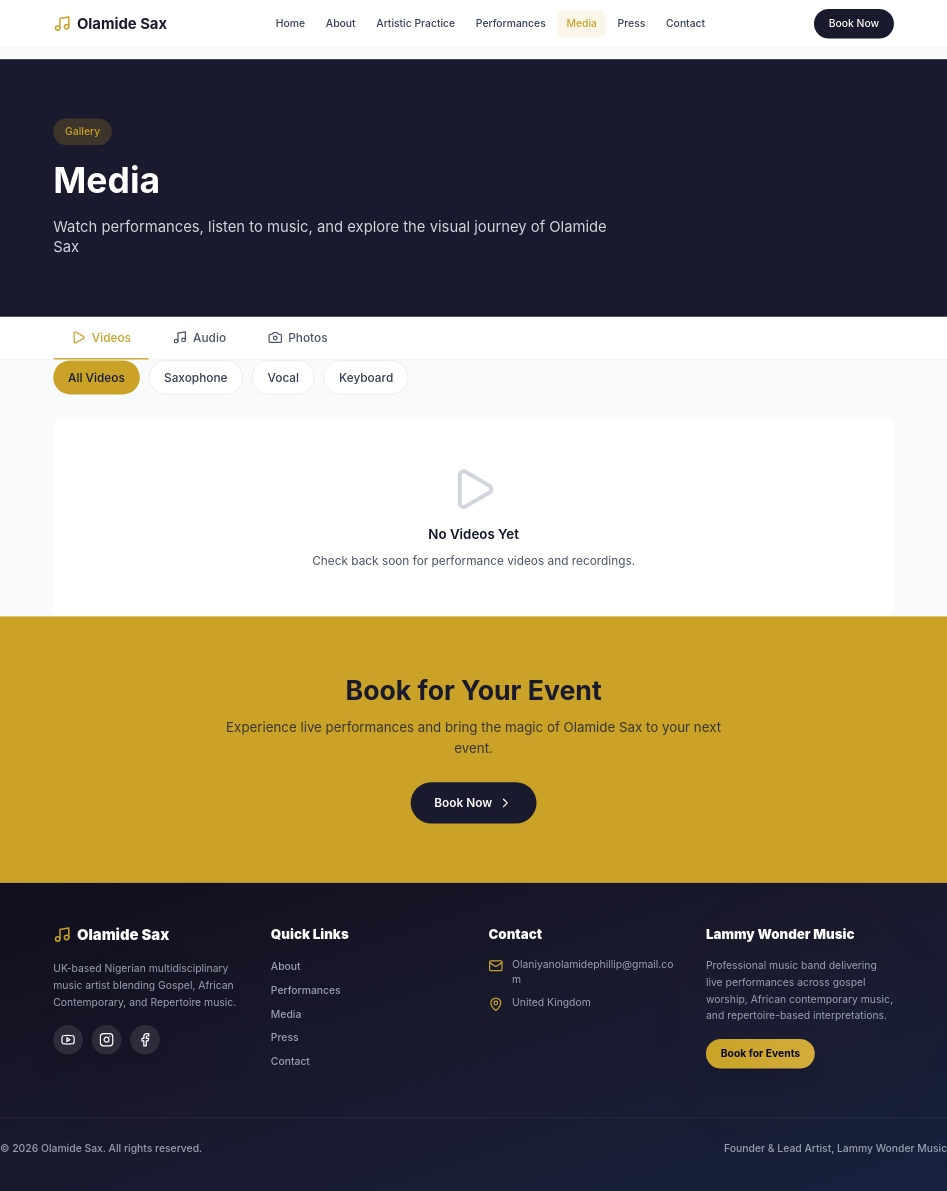
Repository: TheJazzDev/olamide-sax
Page: /media
An editor plug-in stored every save of this project. The page is shown before and after a run of saves, followed by the edit.
The browser window is 1280 px wide. The pictures show the whole page, at 74% of full size.
The page's requests for data from a server got no answer. The project was rebuilt for these pictures with package versions that can differ from the ones it lists, and the page was loaded fresh each time. Some packages were replaced by stand-ins written for this rebuild. The framework's server and built-in components were replaced by stand-ins that run in the browser. No one was signed in, and anything a server would have sent is missing. Also part of the build but not shown: next.config.ts.

Above is the page before, as saved 2026-01-17 17:23:59.

### app/layout.tsx
import type { Metadata } from 'next';
import './globals.css';

export const metadata: Metadata = {
  title: 'Olamide Sax | Vocalist • Saxophonist • Keyboardist',
  description:
    'UK-based Nigerian multidisciplinary music artist blending Gospel, African Contemporary, and Repertoire music through live performance, worship, and community-focused cultural events. Founder & Lead Artist of Lammy Wonder Music.',
  keywords: [
    'Olamide Sax',
    'Saxophonist',
    'Vocalist',
    'Keyboardist',
    'Nigerian Artist',
    'UK Musician',
    'Gospel Music',
    'African Contemporary',
    'Lammy Wonder Music',
    'Live Performance',
    'Worship Music',
  ],
  authors: [{ name: 'Olamide Sax' }],
  openGraph: {
    title: 'Olamide Sax | Vocalist • Saxophonist • Keyboardist',
    description:
      'UK-based Nigerian multidisciplinary music artist blending Gospel, African Contemporary, and Repertoire music.',
    type: 'website',
    locale: 'en_GB',
  },
  twitter: {
    card: 'summary_large_image',
    title: 'Olamide Sax | Vocalist • Saxophonist • Keyboardist',
    description:
      'UK-based Nigerian multidisciplinary music artist blending Gospel, African Contemporary, and Repertoire music.',
  },
};

export default function RootLayout({
  children,
}: Readonly<{
  children: React.ReactNode;
}>) {
  return (
    <html lang='en'>
      <head>
        <link
          rel='apple-touch-icon'
          sizes='180x180'
          href='/apple-touch-icon.png'
        />
        <link
          rel='icon'
          type='image/png'
          sizes='32x32'
          href='/favicon-32x32.png'
        />
        <link
          rel='icon'
          type='image/png'
          sizes='16x16'
          href='/favicon-16x16.png'
        />
        <link rel='manifest' href='/site.webmanifest' />
      </head>
      <body className='antialiased'>{children}</body>
    </html>
  );
}

### app/(site)/layout.tsx
import Navigation from "@/components/Navigation";
import Footer from "@/components/Footer";

export default function SiteLayout({
  children,
}: {
  children: React.ReactNode;
}) {
  return (
    <>
      <Navigation />
      <main className="pt-16 md:pt-20">
        {children}
      </main>
      <Footer />
    </>
  );
}

### app/(site)/media/page.tsx
'use client';

import { useState, useEffect } from 'react';
import { useSearchParams } from 'next/navigation';
import Image from 'next/image';
import Link from 'next/link';
import { Play, Music, Camera, ChevronRight, ExternalLink, Disc } from 'lucide-react';

interface VideoItem {
  id: string;
  title: string;
  url: string;
  platform: string;
  description?: string;
  category?: string | null;
  featured: boolean;
  displayOrder: number;
}

interface MusicItem {
  id: string;
  title: string;
  platform: string;
  url: string;
  releaseYear: string;
}

interface PhotoItem {
  id: string;
  title: string;
  url: string;
  category: string;
  alt: string;
}

type TabType = 'videos' | 'audio' | 'photos';
type VideoCategory = 'all' | 'SAXOPHONE' | 'VOCAL' | 'KEYBOARD';

export default function MediaPage() {
  const searchParams = useSearchParams();
  const [activeTab, setActiveTab] = useState<TabType>('videos');
  const [videoCategory, setVideoCategory] = useState<VideoCategory>('all');
  const [videos, setVideos] = useState<VideoItem[]>([]);
  const [music, setMusic] = useState<MusicItem[]>([]);
  const [photos, setPhotos] = useState<PhotoItem[]>([]);
  const [loading, setLoading] = useState(true);

  useEffect(() => {
    fetchData();

    // Check for category parameter in URL
    const category = searchParams.get('category');
    if (category && (category === 'SAXOPHONE' || category === 'VOCAL' || category === 'KEYBOARD')) {
      setActiveTab('videos');
      setVideoCategory(category as VideoCategory);
    }
  }, [searchParams]);

  const fetchData = async () => {
    try {
      const [videosRes, musicRes, photosRes] = await Promise.all([
        fetch('/api/videos'),
        fetch('/api/music'),
        fetch('/api/photos'),
      ]);

      const videosData = await videosRes.json();
      const musicData = await musicRes.json();
      const photosData = await photosRes.json();

      setVideos(videosData);
      setMusic(musicData);
      setPhotos(photosData);
    } catch (error) {
      console.error('Error fetching media:', error);
    } finally {
      setLoading(false);
    }
  };

  const videoCategories = [
    { id: 'all' as VideoCategory, label: 'All Videos' },
    { id: 'SAXOPHONE' as VideoCategory, label: 'Saxophone' },
    { id: 'VOCAL' as VideoCategory, label: 'Vocal' },
    { id: 'KEYBOARD' as VideoCategory, label: 'Keyboard' },
  ];

  const filteredVideos = videoCategory === 'all'
    ? videos
    : videos.filter(video => video.category === videoCategory);

  const tabs = [
    { id: 'videos' as TabType, label: 'Videos', icon: Play, count: videos.length },
    { id: 'audio' as TabType, label: 'Audio', icon: Music, count: music.length },
    { id: 'photos' as TabType, label: 'Photos', icon: Camera, count: photos.length },
  ];

  return (
    <>
      {/* Hero Section */}
      <section className="relative py-8 sm:py-10 md:py-14 lg:py-20 bg-[#1a1a2e] text-white">
        <div className="container-custom">
          <div className="max-w-3xl">
            <span className="inline-block px-3 py-1.5 sm:px-4 sm:py-2 bg-[#c9a227]/20 text-[#c9a227] text-xs sm:text-sm font-medium rounded-full mb-4 sm:mb-6">
              Gallery
            </span>
            <h1 className="text-3xl sm:text-4xl md:text-5xl font-bold mb-3 sm:mb-4 md:mb-6">
              Media
            </h1>
            <p className="text-base sm:text-lg md:text-xl text-gray-300">
              Watch performances, listen to music, and explore the visual journey of Olamide Sax
            </p>
          </div>
        </div>
      </section>

      {/* Tabs */}
      <section className="bg-white border-b border-gray-200 sticky top-16 md:top-20 z-10">
        <div className="container-custom">
          <div className="flex gap-1 sm:gap-2 overflow-x-auto scrollbar-hide">
            {tabs.map((tab) => {
              const Icon = tab.icon;
              return (
                <button
                  key={tab.id}
                  onClick={() => setActiveTab(tab.id)}
                  className={`flex items-center gap-2 px-4 sm:px-6 py-3 sm:py-4 font-medium text-sm sm:text-base whitespace-nowrap transition-colors border-b-2 ${
                    activeTab === tab.id
                      ? 'border-[#c9a227] text-[#c9a227]'
                      : 'border-transparent text-gray-600 hover:text-gray-900'
                  }`}
                >
                  <Icon className="w-4 h-4 sm:w-5 sm:h-5" />
                  {tab.label}
                  {tab.count > 0 && (
                    <span className="ml-1 sm:ml-2 px-2 py-0.5 bg-gray-100 text-gray-600 text-xs rounded-full">
                      {tab.count}
                    </span>
                  )}
                </button>
              );
            })}
          </div>
        </div>
      </section>

      {/* Content */}
      <section className="section-paddin bg-gray-50">
        <div className="container-custom">
          {loading ? (
            <div className="flex items-center justify-center py-20">
              <div className="text-center">
                <div className="w-12 h-12 sm:w-16 sm:h-16 border-4 border-[#c9a227] border-t-transparent rounded-full animate-spin mx-auto mb-4"></div>
                <p className="text-gray-600">Loading media...</p>
              </div>
            </div>
          ) : (
            <>
              {/* Videos Tab */}
              {activeTab === 'videos' && (
                <div>
                  {/* Category Filters */}
                  <div className="mb-6 sm:mb-8">
                    <div className="flex flex-wrap gap-2 sm:gap-3">
                      {videoCategories.map((cat) => (
                        <button
                          key={cat.id}
                          onClick={() => setVideoCategory(cat.id)}
                          className={`px-4 py-2 sm:px-5 sm:py-2.5 text-sm sm:text-base font-medium rounded-full transition-colors ${
                            videoCategory === cat.id
                              ? 'bg-[#c9a227] text-[#1a1a2e]'
                              : 'bg-white text-gray-700 hover:bg-gray-100 border border-gray-200'
                          }`}
                        >
                          {cat.label}
                        </button>
                      ))}
                    </div>
                  </div>

                  {videos.length > 0 ? (
                    filteredVideos.length > 0 ? (
                      <div className="grid sm:grid-cols-2 lg:grid-cols-3 gap-4 sm:gap-6">
                        {filteredVideos.map((video) => (
                        <div key={video.id} className="bg-white rounded-xl overflow-hidden shadow-sm hover:shadow-md transition-shadow">
                          <div className="relative aspect-video bg-gray-200">
                            <div className="absolute inset-0 flex items-center justify-center bg-[#1a1a2e]/90">
                              <div className="text-center text-white p-4">
                                <Play className="w-10 h-10 sm:w-12 sm:h-12 mx-auto mb-2 text-[#c9a227]" />
                                <p className="text-xs sm:text-sm">Available on {video.platform}</p>
                              </div>
                            </div>
                          </div>
                          <div className="p-4">
                            <div className="flex items-center gap-2 mb-1">
                              <span className="text-xs font-medium text-[#c9a227] uppercase tracking-wide">
                                {video.platform}
                              </span>
                              {video.category && (
                                <>
                                  <span className="text-gray-300">•</span>
                                  <span className="text-xs font-medium text-gray-600">
                                    {video.category === 'SAXOPHONE' && 'Saxophone'}
                                    {video.category === 'VOCAL' && 'Vocal'}
                                    {video.category === 'KEYBOARD' && 'Keyboard'}
                                  </span>
                                </>
                              )}
                            </div>
                            <h3 className="font-bold text-gray-900 mt-1 mb-2 text-sm sm:text-base">{video.title}</h3>
                            {video.description && (
                              <p className="text-xs sm:text-sm text-gray-600 mb-3 line-clamp-2">{video.description}</p>
                            )}
                            <a
                              href={video.url}
                              target="_blank"
                              rel="noopener noreferrer"
                              className="inline-flex items-center gap-2 text-xs sm:text-sm font-medium text-[#c9a227] hover:underline"
                            >
                              Watch Now
                              <ExternalLink className="w-3 h-3 sm:w-4 sm:h-4" />
                            </a>
                          </div>
                        </div>
                      ))}
                    </div>
                    ) : (
                      <div className="bg-white p-12 sm:p-16 rounded-xl text-center">
                        <Play className="w-12 h-12 sm:w-16 sm:h-16 text-gray-300 mx-auto mb-4" />
                        <h3 className="font-semibold text-gray-900 mb-2 text-base sm:text-lg">
                          No {videoCategory !== 'all' ? videoCategories.find(c => c.id === videoCategory)?.label : ''} Videos
                        </h3>
                        <p className="text-gray-600 text-sm sm:text-base">
                          {videoCategory !== 'all'
                            ? 'No videos found in this category. Try selecting a different category.'
                            : 'Check back soon for performance videos and recordings.'}
                        </p>
                      </div>
                    )
                  ) : (
                    <div className="bg-white p-12 sm:p-16 rounded-xl text-center">
                      <Play className="w-12 h-12 sm:w-16 sm:h-16 text-gray-300 mx-auto mb-4" />
                      <h3 className="font-semibold text-gray-900 mb-2 text-base sm:text-lg">No Videos Yet</h3>
                      <p className="text-gray-600 text-sm sm:text-base">Check back soon for performance videos and recordings.</p>
                    </div>
                  )}
                </div>
              )}

              {/* Audio Tab */}
              {activeTab === 'audio' && (
                <div>
                  {music.length > 0 ? (
                    <div className="space-y-4">
                      {music.map((release) => (
                        <div
                          key={release.id}
                          className="bg-white p-4 sm:p-6 rounded-xl shadow-sm hover:shadow-md transition-shadow"
                        >
                          <div className="flex flex-col sm:flex-row items-start sm:items-center gap-4">
                            <div className="w-16 h-16 sm:w-20 sm:h-20 bg-[#1a1a2e] rounded-lg flex items-center justify-center shrink-0">
                              <Disc className="w-8 h-8 sm:w-10 sm:h-10 text-[#c9a227]" />
                            </div>
                            <div className="flex-1 min-w-0">
                              <h3 className="font-bold text-gray-900 text-base sm:text-lg">{release.title}</h3>
                              <div className="flex items-center gap-2 mt-1">
                                <span className="text-xs sm:text-sm font-medium text-[#c9a227]">{release.platform}</span>
                                <span className="text-gray-400">•</span>
                                <span className="text-xs sm:text-sm text-gray-500">{release.releaseYear}</span>
                              </div>
                            </div>
                            <a
                              href={release.url}
                              target="_blank"
                              rel="noopener noreferrer"
                              className="inline-flex items-center gap-2 px-4 sm:px-5 py-2 sm:py-2.5 bg-[#c9a227] text-[#1a1a2e] text-sm font-semibold rounded-full hover:bg-[#e8d48b] transition-colors shrink-0"
                            >
                              <Play className="w-4 h-4" />
                              Listen
                            </a>
                          </div>
                        </div>
                      ))}
                    </div>
                  ) : (
                    <div className="bg-white p-12 sm:p-16 rounded-xl text-center">
                      <Music className="w-12 h-12 sm:w-16 sm:h-16 text-gray-300 mx-auto mb-4" />
                      <h3 className="font-semibold text-gray-900 mb-2 text-base sm:text-lg">No Music Releases Yet</h3>
                      <p className="text-gray-600 text-sm sm:text-base">Check back soon for music releases and streaming links.</p>
                    </div>
                  )}
                </div>
              )}

              {/* Photos Tab */}
              {activeTab === 'photos' && (
                <div>
                  {photos.length > 0 ? (
                    <div className="grid grid-cols-2 sm:grid-cols-2 lg:grid-cols-3 gap-3 sm:gap-4 md:gap-6">
                      {photos.map((photo) => (
                        <div key={photo.id} className="bg-white rounded-xl overflow-hidden shadow-sm hover:shadow-md transition-shadow group">
                          <div className="relative aspect-square bg-gray-200">
                            <Image
                              src={photo.url}
                              alt={photo.alt}
                              fill
                              className="object-cover group-hover:scale-105 transition-transform duration-300"
                            />
                          </div>
                          <div className="p-3 sm:p-4">
                            <span className="text-xs font-medium text-[#c9a227] uppercase tracking-wide">
                              {photo.category}
                            </span>
                            <h3 className="font-semibold text-gray-900 mt-1 text-sm sm:text-base">{photo.title}</h3>
                          </div>
                        </div>
                      ))}
                    </div>
                  ) : (
                    <div className="bg-white p-12 sm:p-16 rounded-xl text-center">
                      <Camera className="w-12 h-12 sm:w-16 sm:h-16 text-gray-300 mx-auto mb-4" />
                      <h3 className="font-semibold text-gray-900 mb-2 text-base sm:text-lg">No Photos Yet</h3>
                      <p className="text-gray-600 text-sm sm:text-base">Check back soon for performance and event photos.</p>
                    </div>
                  )}
                </div>
              )}
            </>
          )}
        </div>
      </section>

      {/* CTA Section */}
      <section className="py-12 sm:py-16 md:py-20 bg-[#c9a227]">
        <div className="container-custom text-center">
          <h2 className="text-2xl sm:text-3xl md:text-4xl font-bold text-[#1a1a2e] mb-3 sm:mb-4">
            Book for Your Event
          </h2>
          <p className="text-[#1a1a2e]/80 text-base sm:text-lg mb-6 sm:mb-8 max-w-2xl mx-auto">
            Experience live performances and bring the magic of Olamide Sax to your next event.
          </p>
          <Link
            href="/contact"
            className="inline-flex items-center gap-2 px-6 sm:px-8 py-3 sm:py-4 bg-[#1a1a2e] text-white font-semibold rounded-full hover:bg-[#16213e] transition-colors text-sm sm:text-base"
          >
            Book Now
            <ChevronRight className="w-4 h-4 sm:w-5 sm:h-5" />
          </Link>
        </div>
      </section>
    </>
  );
}

### app/globals.css
@import "tailwindcss";

:root {
  --background: #fafafa;
  --foreground: #171717;
  --primary: #1a1a2e;
  --secondary: #c9a227;
  --accent: #16213e;
  --muted: #6b7280;
}

@theme inline {
  --color-background: var(--background);
  --color-foreground: var(--foreground);
  --color-primary: var(--primary);
  --color-secondary: var(--secondary);
  --color-accent: var(--accent);
  --color-muted: var(--muted);
}

@media (prefers-color-scheme: dark) {
  :root {
    --background: #0a0a0a;
    --foreground: #ededed;
  }
}

* {
  box-sizing: border-box;
}

body {
  background: var(--background);
  color: var(--foreground);
  font-family: -apple-system, BlinkMacSystemFont, 'Segoe UI', Roboto, 'Helvetica Neue', Arial, sans-serif;
}

html {
  scroll-behavior: smooth;
}

/* Custom scrollbar */
::-webkit-scrollbar {
  width: 8px;
}

::-webkit-scrollbar-track {
  background: #f1f1f1;
}

::-webkit-scrollbar-thumb {
  background: #c9a227;
  border-radius: 4px;
}

::-webkit-scrollbar-thumb:hover {
  background: #b8931f;
}

/* Animations */
@keyframes fadeIn {
  from {
    opacity: 0;
    transform: translateY(20px);
  }
  to {
    opacity: 1;
    transform: translateY(0);
  }
}

@keyframes float {
  0%, 100% {
    transform: translateY(0px) translateX(0px);
  }
  50% {
    transform: translateY(-20px) translateX(10px);
  }
}

@keyframes floatDelay {
  0%, 100% {
    transform: translateY(0px) translateX(0px) rotate(0deg);
  }
  50% {
    transform: translateY(-30px) translateX(-15px) rotate(5deg);
  }
}

@keyframes floatDelay2 {
  0%, 100% {
    transform: translateY(0px) translateX(0px) rotate(0deg);
  }
  50% {
    transform: translateY(-25px) translateX(20px) rotate(-5deg);
  }
}

.animate-fade-in {
  animation: fadeIn 0.6s ease-out forwards;
}

.animate-fade-in-delay-1 {
  animation: fadeIn 0.6s ease-out 0.1s forwards;
  opacity: 0;
}

.animate-fade-in-delay-2 {
  animation: fadeIn 0.6s ease-out 0.2s forwards;
  opacity: 0;
}

.animate-fade-in-delay-3 {
  animation: fadeIn 0.6s ease-out 0.3s forwards;
  opacity: 0;
}

.animate-float {
  animation: float 6s ease-in-out infinite;
}

.animate-float-delay {
  animation: floatDelay 8s ease-in-out infinite;
}

.animate-float-delay-2 {
  animation: floatDelay2 7s ease-in-out infinite;
}

/* Gold underline effect */
.gold-underline {
  position: relative;
  display: inline-block;
}

.gold-underline::after {
  content: '';
  position: absolute;
  bottom: -4px;
  left: 0;
  width: 100%;
  height: 3px;
  background: linear-gradient(90deg, #c9a227, #e8d48b);
}

/* Section styling - Mobile-first approach */
.section-padding {
  padding: 3rem 0;
}

@media (min-width: 640px) {
  .section-padding {
    padding: 4rem 0;
  }
}

@media (min-width: 768px) {
  .section-padding {
    padding: 5rem 0;
  }
}

@media (min-width: 1024px) {
  .section-padding {
    padding: 6rem 0;
  }
}

/* Container */
.container-custom {
  max-width: 1200px;
  margin: 0 auto;
  padding: 0 1rem;
}

@media (min-width: 640px) {
  .container-custom {
    padding: 0 1.5rem;
  }
}

@media (min-width: 1024px) {
  .container-custom {
    padding: 0 2rem;
  }
}

Loaded but not shown: components/Footer.tsx (127 lines, source omitted); components/Navigation.tsx (157 lines, source omitted)

After the next 2 saves:
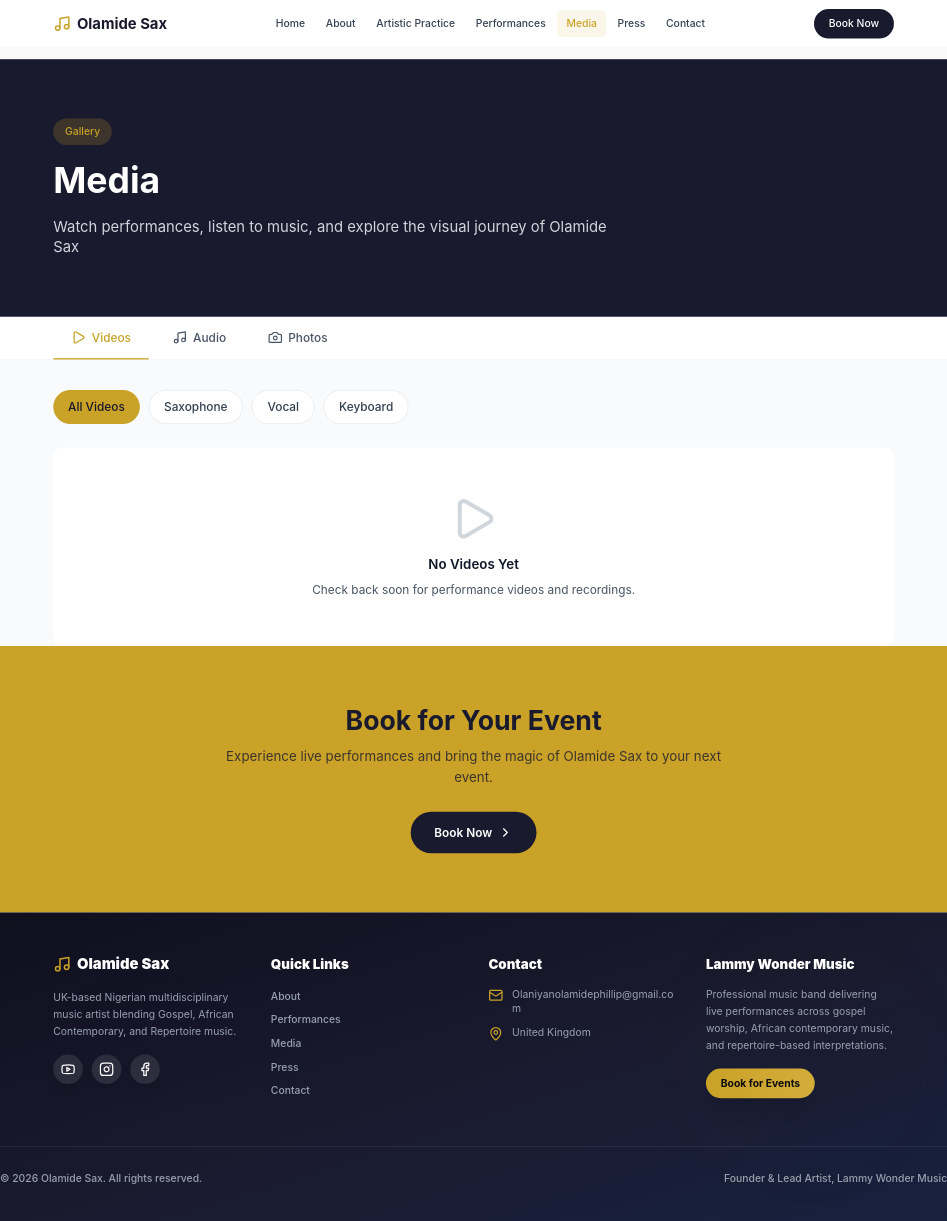
The 2 saves are shown as one change because they came seconds apart.
The last was saved 12 s later.
--- a/app/(site)/media/page.tsx
+++ b/app/(site)/media/page.tsx
@@ -145,7 +145,7 @@ export default function MediaPage() {
       </section>
 
       {/* Content */}
-      <section className="section-paddin bg-gray-50">
+      <section className="section-paddin pt-10 bg-gray-50">
         <div className="container-custom">
           {loading ? (
             <div className="flex items-center justify-center py-20">
